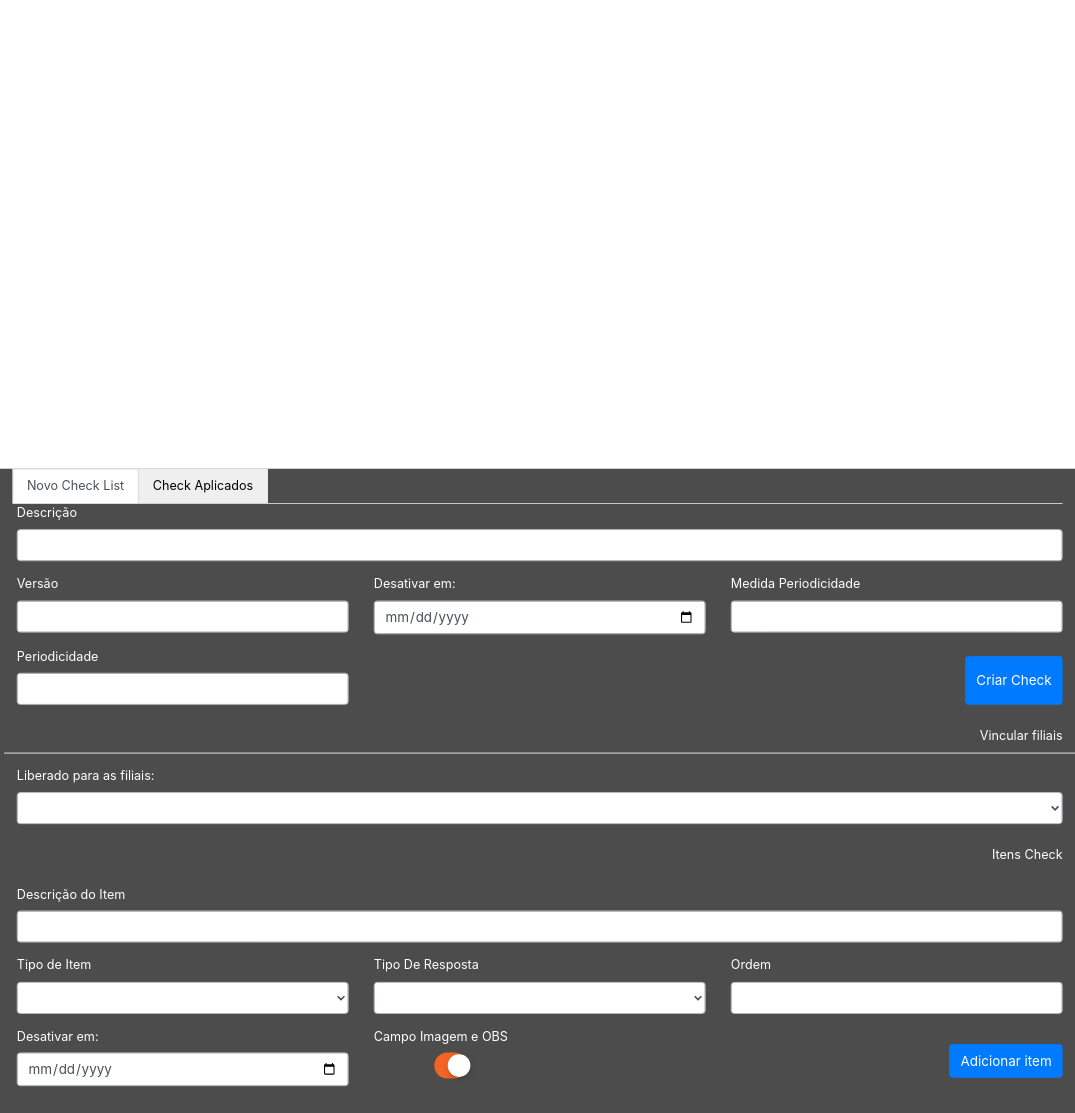
Repository: Conlog-SA/portal_operacional
Page: apps/safety_layout_checklist_app/templates/safety_layout_checklist_app/form_cad_layout_checklist.html
The author's editor kept a copy of each file at every save. The page is drawn from the files as they stood at one save, then again after the next save.
The browser window is 1280 px wide. The pictures show the whole page, at 84% of full size.
The template is drawn by Django 3.2. The application's start-up code is not run. The template is opened directly, without the code that normally fills it, so the values that code supplies are empty.

Above is the page before, as saved 2023-11-16 16:10:30.

After the next save:
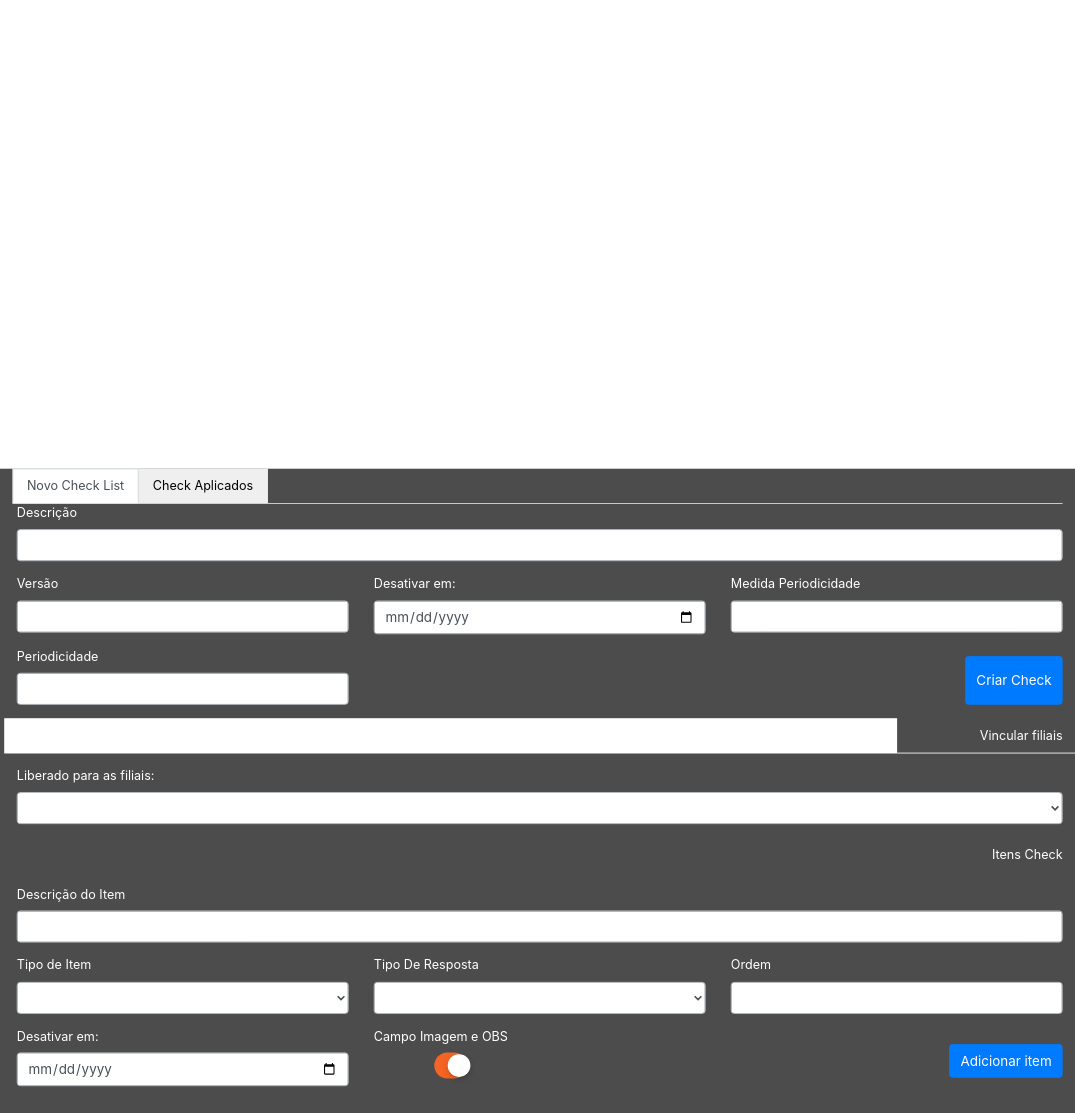
Saved 2 min 10 s later.
--- a/apps/safety_layout_checklist_app/templates/safety_layout_checklist_app/form_cad_layout_checklist.html
+++ b/apps/safety_layout_checklist_app/templates/safety_layout_checklist_app/form_cad_layout_checklist.html
@@ -65,7 +65,9 @@
                              <div class="form-group col-sm-8 w-15 d-flex justify-content-end" style="margin-top:10px">
                                 <button type="button" class="btn btn-primary btn-form" id="btn_new_check" name="btn_new_check"> Criar Check </button>
                              </div>
-                             <div class="form-group col-sm-12 d-flex justify-content-end divider">
+                             <div class="form-group d-flex col-sm-10" style="background-color:white;">
+                             </div>
+                             <div class="form-group col-sm-2 d-flex justify-content-end divider">
                                 <label>Vincular filiais</label>
                              </div>
                              <div class="form-group col-sm-12 d-flex align-items-start" style="margin-bottom:0px;">
